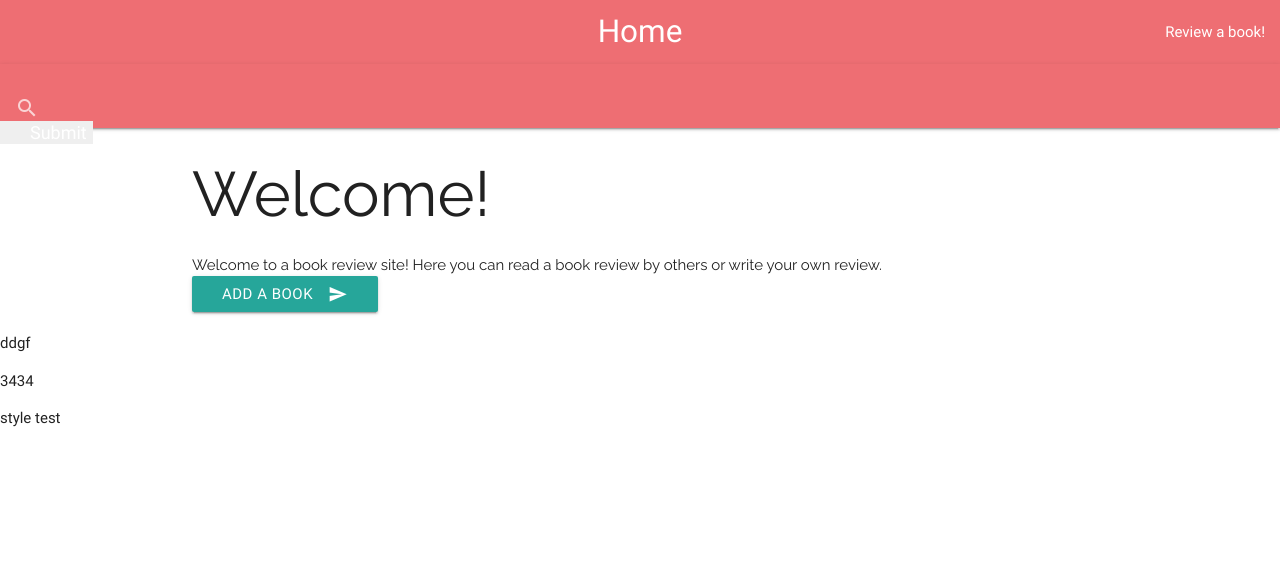
Repository: h8130084/bookReview
Page: http://localhost/
The author's editor kept a record of every edit. The page is drawn from the files as they stood at one moment, then again after the next edit.
The browser window is 1280 px wide. The pictures show the whole page.
Some web libraries are served in a nearby version. The page is served by the project's application, run on Flask 3 (app.py). Queries for data that is not in the repository find no rows.

Above is the page before.
Console error: ReferenceError: M is not defined

After the next edit:
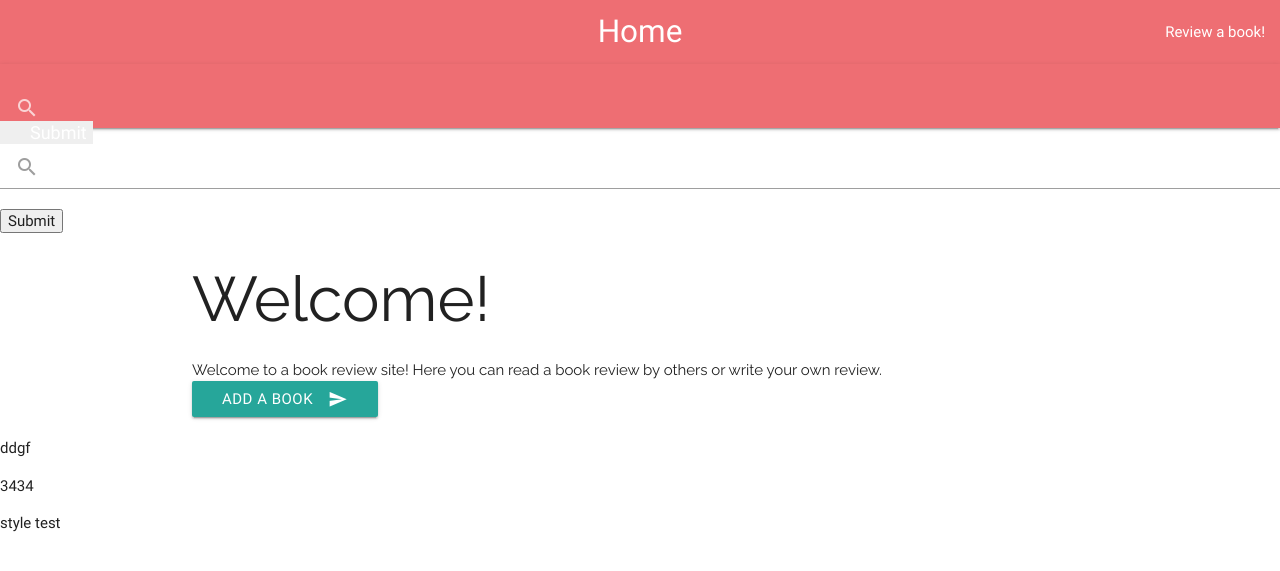
The edit:
--- a/templates/base.html
+++ b/templates/base.html
@@ -40,6 +40,14 @@
     </header>
 
 
+                        <div class="input-field" "center">
+                            <input id="search" type="search" name="Title" required>
+                            <label class="label-icon" for="search"><i class="material-icons">search</i></label>
+                            <i class="material-icons">close</i>
+                            <input type="submit" value="Submit">
+                        </div>
+                    </form>
+
 
     {% block content %} {% endblock %}
 
